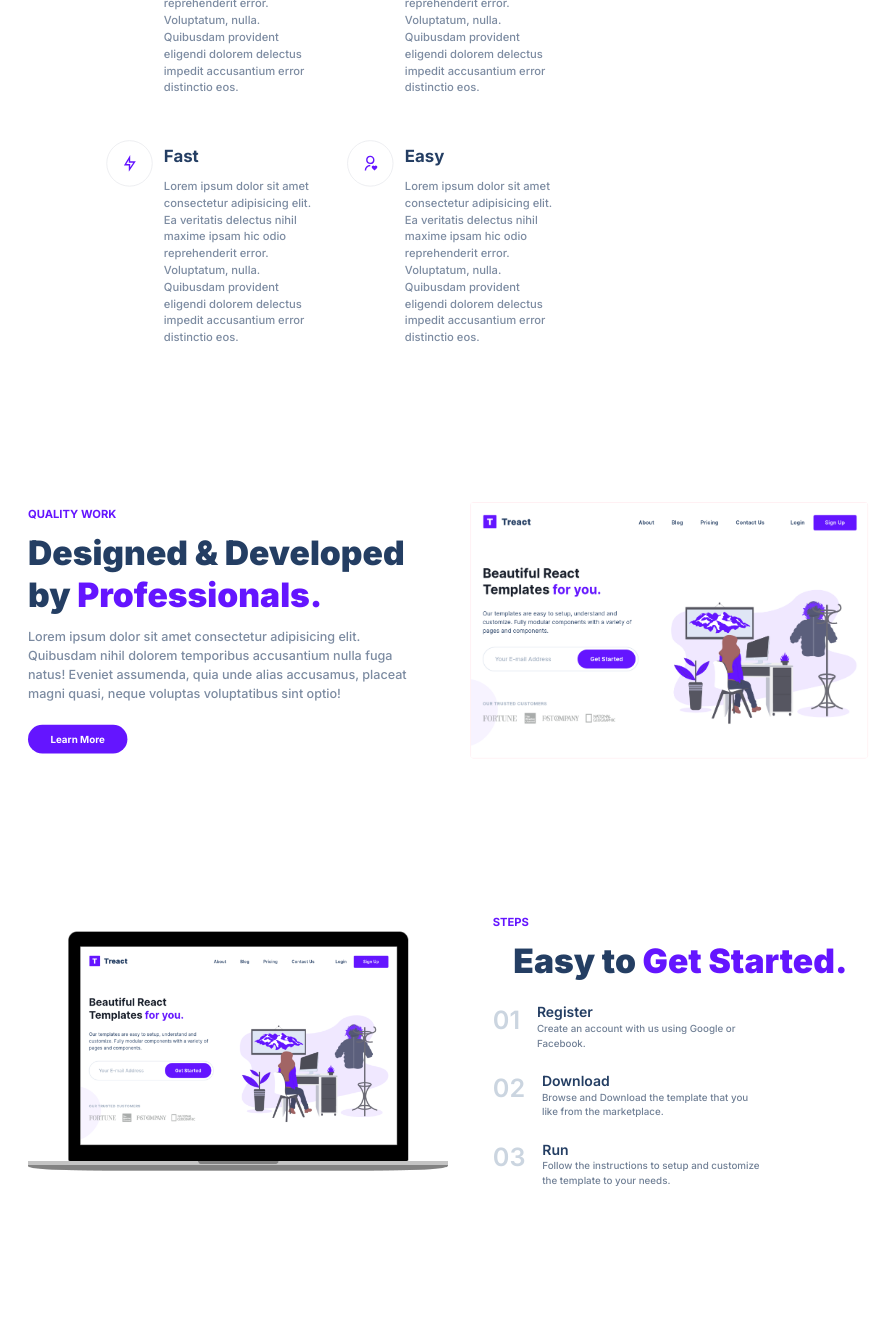
Repository: avivanguyen/m2_fianlProject
Page: index.html
The author's editor kept a copy of each file at every save. The page is drawn from the files as they stood at one save, then again after the next save.
The browser window is 1280 px wide. The pictures show the part of the page from y = 1619 to 3539 px (the page is 3539 px tall), at 70% of full size.
Some web libraries are served in a nearby version.

Above is the page before, as saved 2025-12-09 02:36:56.

### index.html
<!DOCTYPE html>
<html lang="en">
<head>
    <meta charset="UTF-8">
    <meta name="viewport" content="width=device-width, initial-scale=1.0">
    <title>Styling Project</title>
    <link rel="stylesheet" href="styles.css">
    <script src="https://kit.fontawesome.com/2588cf0bac.js" crossorigin="anonymous"></script>
</head>
<body>
    <section id="landing">
        <nav>
            <div class="row nav__row">
                <div class="nav__logo">
                    <img src="./assets/logo.2c489fc453a1783cbadacf914efa3df6.svg" alt="logo" class="nav__logo--img">
                    <div class="nav__logo--title">
                        Treact
                    </div>
                </div>
                <div class="nav__links">
                    <a href="" class="nav__link">About</a>
                    <a href="" class="nav__link">Blog</a>
                    <a href="" class="nav__link">Pricing</a>
                    <a href="" class="nav__link">Contact Us</a>
                    <a href="" class="nav__link login">Login</a>
                    <a href="" class="nav__link nav__link--primary">Sign Up</a>
                </div>
            </div>
        </nav>

        <header class="container">
            <div class="row">
                <div class="header__description">
                    <h1>
                        Beautiful React Templates <span class="purple">for you.</span>
                    </h1>
                    <div class="header__description--para">
                        Our templates are easy to setup, understand and customize. Fully modular components with a variety of pages and components.
                    </div>
                    <div class="header__email">
                        <input type="text" class="header__email--input" placeholder="Your E-mail Address">
                        <button class="header__email--btn">Get Started</button>
                    </div>
                    <p class="header__customers--title">OUR TRUSTED CUSTOMERS</p>
                    <img src="./assets/customers-logo-strip.680ac7c2e8ae28161d2c.png" class="header__customers" alt="logos">
                </div>

                <figure class="header__img--wrapper">
                    <img src="./assets/design-illustration-2.6da6a00b20c07c4a9b65d1870679e1b8.svg" alt="hero image" class="header__img">
                </figure>
            </div>
        </header>
    </section>

    <main>
        <section id="features">
            <div class="container">
                <div class="row">
                    <h4 class="section__tag">FEATURES</h4>
                    <h2 class="section__title">
                        We Have Amazing <span class="purple">Service.</span>
                    </h2>
                    <div class="section__para">
                        Lorem ipsum dolor sit amet consectetur adipisicing elit. Maxime facilis assumenda architecto aliquam. Consequatur vero dolorum ut aspernatur quae beatae voluptates quam, nulla assumenda doloremque voluptatum laboriosam dolor unde rem.
                    </div>
                    <div class="features">
                        <div class="feature__row">
                            <figure class="feature__img--wrapper">
                                <img src="./assets/shield-icon.daefe14b320b14fbd9cbd18908ac93ec.svg" alt="" class="feature__img">
                            </figure>
                            <div class="feature__text">
                                <h2 class="feature__title">Secure</h2>
                                <p class="feature__para">
                                    Lorem ipsum dolor sit amet consectetur adipisicing elit. Ea veritatis delectus nihil maxime ipsam hic odio reprehenderit error. Voluptatum, nulla. Quibusdam provident eligendi dolorem delectus impedit accusantium error distinctio eos.
                                </p>
                            </div>
                        </div>
                        <div class="feature__row">
                            <figure class="feature__img--wrapper">
                                <img src="./assets/support-icon.f9253ffa8cb6ffde5bbaa05eb5136375.svg" alt="" class="feature__img">
                            </figure>
                            <div class="feature__text">
                                <h2 class="feature__title">24/7 Support</h2>
                                <p class="feature__para">
                                    Lorem ipsum dolor sit amet consectetur adipisicing elit. Ea veritatis delectus nihil maxime ipsam hic odio reprehenderit error. Voluptatum, nulla. Quibusdam provident eligendi dolorem delectus impedit accusantium error distinctio eos.
                                </p>
                            </div>
                        </div>
                        <div class="feature__row">
                            <figure class="feature__img--wrapper">
                                <img src="./assets/customize-icon.367468c90fd796009b97fbfba67b2c6a.svg" alt="" class="feature__img">
                            </figure>
                            <div class="feature__text">
                                <h2 class="feature__title">Customizable</h2>
                                <p class="feature__para">
                                    Lorem ipsum dolor sit amet consectetur adipisicing elit. Ea veritatis delectus nihil maxime ipsam hic odio reprehenderit error. Voluptatum, nulla. Quibusdam provident eligendi dolorem delectus impedit accusantium error distinctio eos.
                                </p>
                            </div>
                        </div>
                        <div class="feature__row">
                            <figure class="feature__img--wrapper">
                                <img src="./assets/reliable-icon.1367510a8f0a1bec76dc425d25f92f43.svg" alt="" class="feature__img">
                            </figure>
                            <div class="feature__text">
                                <h2 class="feature__title">Reliable</h2>
                                <p class="feature__para">
                                    Lorem ipsum dolor sit amet consectetur adipisicing elit. Ea veritatis delectus nihil maxime ipsam hic odio reprehenderit error. Voluptatum, nulla. Quibusdam provident eligendi dolorem delectus impedit accusantium error distinctio eos.
                                </p>
                            </div>
                        </div>
                        <div class="feature__row">
                            <figure class="feature__img--wrapper">
                                <img src="./assets/fast-icon.dbb971a73d4805d2fc3bcdacdb55beba.svg" alt="" class="feature__img">
                            </figure>
                            <div class="feature__text">
                                <h2 class="feature__title">Fast</h2>
                                <p class="feature__para">
                                    Lorem ipsum dolor sit amet consectetur adipisicing elit. Ea veritatis delectus nihil maxime ipsam hic odio reprehenderit error. Voluptatum, nulla. Quibusdam provident eligendi dolorem delectus impedit accusantium error distinctio eos.
                                </p>
                            </div>
                        </div>
                        <div class="feature__row">
                            <figure class="feature__img--wrapper">
                                <img src="./assets/simple-icon.673b7e1750b2a4ef32907fc164828d00.svg" alt="" class="feature__img">
                            </figure>
                            <div class="feature__text">
                                <h2 class="feature__title">Easy</h2>
                                <p class="feature__para">
                                    Lorem ipsum dolor sit amet consectetur adipisicing elit. Ea veritatis delectus nihil maxime ipsam hic odio reprehenderit error. Voluptatum, nulla. Quibusdam provident eligendi dolorem delectus impedit accusantium error distinctio eos.
                                </p>
                            </div>
                        </div>
                    </div>
                </div>
            </div>
        </section>

        <section id="quality">
            <div class="container">
                <div class="row">
                    <div class="quality__description">
                        <div class="section__tag">QUALITY WORK</div>
                        <h2 class="section__title">Designed & Developed by <span class="purple">Professionals.</span> </h2>
                        <p class="section__para">
                            Lorem ipsum dolor sit amet consectetur adipisicing elit. Quibusdam nihil dolorem temporibus accusantium nulla fuga natus! Eveniet assumenda, quia unde alias accusamus, placeat magni quasi, neque voluptas voluptatibus sint optio!
                        </p>
                        <button class="btn">Learn More</button>
                    </div>
                    <figure class="quality__img--wrapper">
                        <img src="./assets/hero-screenshot-1.40a097b525c2f8c9808e.png" class="quality__img" alt="">
                    </figure>
                </div>
            </div>
        </section>

        <section id="steps">
            <div class="container">
                <div class="row">
                    <figure class="steps__img--wrapper">
                        <img src="./assets/hero-screenshot-2.241aac1fbc66db29d873.png" class="steps__img" alt="">
                    </figure>
                    <div class="steps__description">
                        <div class="section__tag">STEPS</div>
                        <h2 class="section__title">Easy to <span class="purple">Get Started.</span> </h2>
                        <div class="steps__list">
                            <div class="step">
                                <div class="step__number">01</div>
                                <div class="step__description">
                                    <div class="step__title">Register</div>
                                    <div class="step__para">Create an account with us using Google or Facebook.</div>
                                </div>
                            </div>
                            <div class="step">
                                <div class="step__number">02</div>
                                <div class="step__description">
                                    <div class="step__title">Download</div>
                                    <div class="step__para">Browse and Download the template that you like from the marketplace.</div>
                                </div>
                            </div>
                            <div class="step">
                                <div class="step__number">03</div>
                                <div class="step__description">
                                    <div class="step__title">Run</div>
                                    <div class="step__para">Follow the instructions to setup and customize the template to your needs.</div>
                                </div>
                            </div>
                        </div>
                    </div>
                </div>
            </div>
        </section>
    </main>
</body>
</html>

### styles.css
@import url('https://fonts.googleapis.com/css2?family=Inter:ital,opsz,wght@0,14..32,100..900;1,14..32,100..900&display=swap');
*{
    padding: 0;
    margin: 0;
    font-family: "Inter", sans-serif;
    color: #243e63;
    box-sizing: border-box;
}

section {
    padding: 0 32px;
}

a {
    text-decoration: none;
}

.row {
    max-width: 1200px;
    margin: 0 auto;
    width: 100%;
}

.purple {
    color: #6415ff;
}

p {
    line-height: 1.5;
}

button {
    cursor: pointer;
}

.btn {
    background-color: #6415ff;
    color: white;
    padding: 12px 32px;
    border-radius: 500px;
    border: none;
    font-size: 14px;
    font-weight: bold;
    cursor: pointer;
}

img {
    width: 100%;
}

.container {
    padding: 96px 0;
}

.section__para {
    color: #7c8ba1;
    font-size: 18px;
    font-weight: 500;
    line-height: 1.5;
}

/*
Navigation styling
*/

nav {
    display: flex;
    padding-top: 32px;
}

.nav__row {
    display: flex;
    justify-content: space-between;
}

.nav__logo {
    display: flex;
    align-items: center;
    margin: 8px 0;
    padding-bottom: 4px;
}

.nav__logo--img {
    width: 40px;
}

.nav__logo--title {
    font-size: 20px;
    font-weight: 900;
    margin-left: 12px;
    padding-bottom: 2px;
}

.nav__links {
    display: flex;
    align-items: center;
    padding-bottom: 2px;
}

.nav__link {
    font-size: 14px;
    font-weight: 600;
    padding-top: 4px;
    border-bottom: 2px solid transparent;
    position: relative;
    margin: 0 24px;
}

.login {
    margin-left: 48px;
}

.nav__link--primary {
    background-color: #6415ff;
    color: white;
    margin: 0;
    margin-top: 2px;
    padding: 10px 20px;
    border-radius: 9999px;
    border: none;
    width: auto;
}

/*
Header styling
*/

header {
    position: relative;
}

header .row {
    display: flex;
    justify-content: space-between;
    align-items: flex-end;
}

.header__description {
    width: 40%;
}

h1 {
    color: #1a202c;
    font-size: 36px;
    line-height: 1.25;
}

.header__description--para {
    font-size: 16px;
    margin: 32px 0;
}

.header__email {
    display: flex;
    justify-content: flex-end;
    align-items: center;
    width: 100%;
    max-width: 448px;
    height: 68px;
    position: relative;
}

.header__email--input {
    color: rgb(36, 62, 99);
    width: 100%;
    padding: 20px 192px 20px 32px;
    border-radius: 500px;
    border: 2px solid rgb(299, 231, 235);
    font-size: 16px;
    font-weight: 500;
    position: absolute;
    z-index: 1;
}

.header__email--btn {
    background-color: #6415ff;
    color: white;
    width: 160px;
    height: calc(100% - 16px);
    margin: 8px;
    border-radius: 500px;
    border: none;
    font-size: 16px;
    font-weight: 700;
    z-index: 2;
}

.header__customers {
    padding-right: 64px;
    margin-top: 16px;
    opacity: 0.5;
}

.header__customers--title {
    color: #a0aec0;
    font-size: 12px;
    font-weight: 700;
    margin-top: 80px;
}

.header__img--wrapper {
    display: flex;
    justify-content: flex-end;
    width: calc(100% - 40%);
}

.header__img {
    width: 100%;
    max-width: 512px;
}

/*
Features styling
*/

#features {
    position: relative;
}

.container {
    padding: 96px 0;
}

#features .row {
    width: 100%;
    max-width: 1024px;
    margin: 0 auto;
    display: flex;
    flex-direction: column;
    align-items: center;
}

.section__tag {
    color: #6415ff;
    font-size: 16px;
    font-weight: 700;
}

.section__title {
    color: rgb(36, 62, 99);
    margin: 16px 0;
    text-align: center;
    font-size: 48px;
    font-weight: 900;
}

#features .section__para {
    text-align: center;
    max-width: 576px;
}

.features {
    display: flex;
    flex-wrap: wrap;
    margin-top: 40px;
}

.feature {
    width: calc(100% / 3);
}

.feature__row {
    display: flex;
    align-items: flex-start;
    padding: 32px 24px;
}

.feature__img--wrapper {
    display: flex;
    padding: 20px;
    border: 1px solid #e5e7eb;
    border-radius: 50%;
}

.feature__img {
    width: 24px;
    height: 24px;
}

.feature__text {
    margin-top: 8px;
    margin-left: 16px;
    display: flex;
    flex-direction: column;
}

.feature__para {
    color: rgb(124, 139, 161);
    margin-top: 16px;
    font-size: 16px;
    max-width: calc(643px / 3);
    font-weight: 500;
    line-height: 1.5;
}

main {
    margin-bottom: 96px;
}

/*
Quality styling
*/

#quality .row {
    display: flex;
    justify-content: space-between;
    align-items: center;
}

.quality__description {
    max-width: 570px;
    margin-right: 64px;
}

.quality__description,
.quality__img--wrapper {
    width: 50%;
}

#quality .section__title {
    line-height: 1.25;
    text-align: left;
}

#quality .btn {
    margin-top: 32px; /*space between the button and para*/
}

.quality__img--wrapper {
    display: flex;
    border: 1px solid rgb(299, 231, 235);
    border-radius: 4px;
    position: relative;
}

/*
Steps styling
*/
#steps .row {
    display: flex;
    justify-content: space-between;
    align-items: center;
}

.steps__img--wrapper {
    display: flex;
    width: 50%;
    position: relative;
}

.steps__img {
    width: 100%;
    z-index: 2;
}

.steps__description {
    width: 50%;
    padding: 32px 0;
    padding-left: 64px;
}

.step {
    display: flex;
    align-items: flex-start;
    margin-top: 32px;
}

.step__number {
    color: #cbd5e0;
    font-size: 36px;
    font-weight: 600;
}

.step__description {
    display: flex;
    flex-direction: column;
    max-width: 320px;
    margin-left: 24px;
}

.step__title {
    color: #243e63;
    font-size: 20px;
    font-weight: 600;
    text-align: left;
}

.step__para {
    color: #718096;
    font-size: 14px;
    font-weight: 500;
    line-height: 1.5;
}

After the next save:
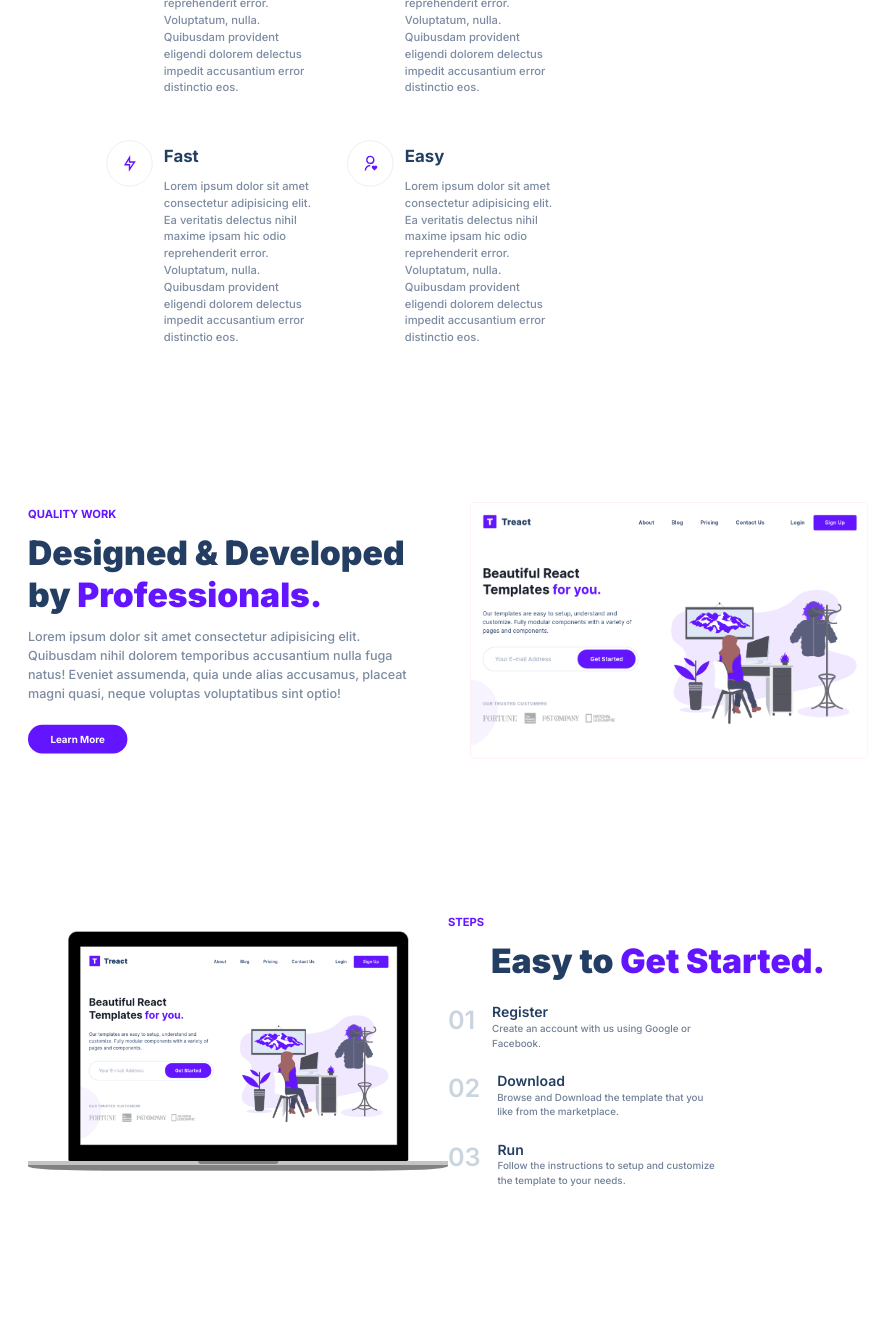
Saved 15 min 53 s later.
--- a/styles.css
+++ b/styles.css
@@ -356,7 +356,6 @@
 .steps__description {
     width: 50%;
     padding: 32px 0;
-    padding-left: 64px;
 }
 
 .step {

After the save that followed:
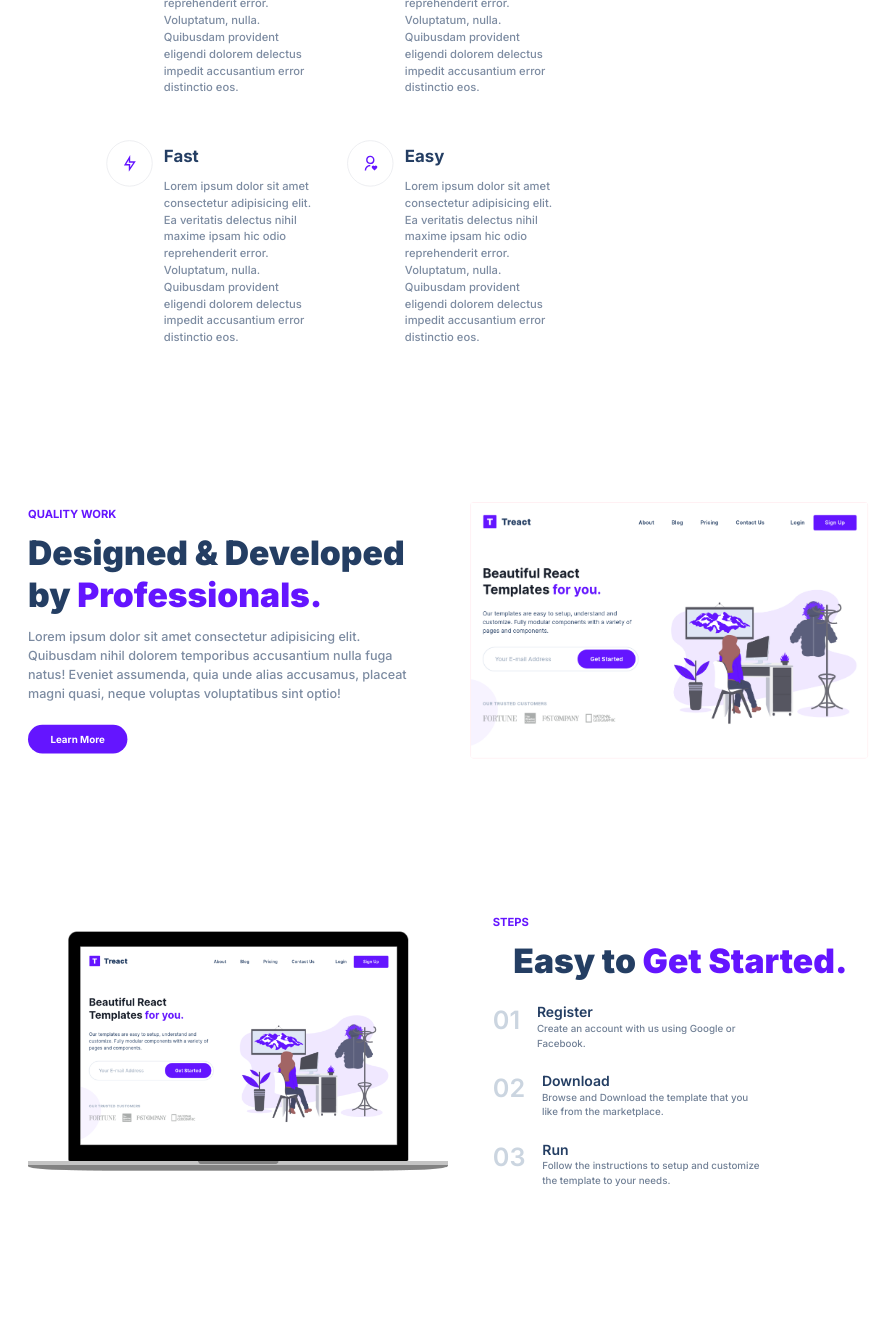
Saved 18 s later.
--- a/styles.css
+++ b/styles.css
@@ -356,6 +356,7 @@
 .steps__description {
     width: 50%;
     padding: 32px 0;
+    padding-left: 64px;
 }
 
 .step {
